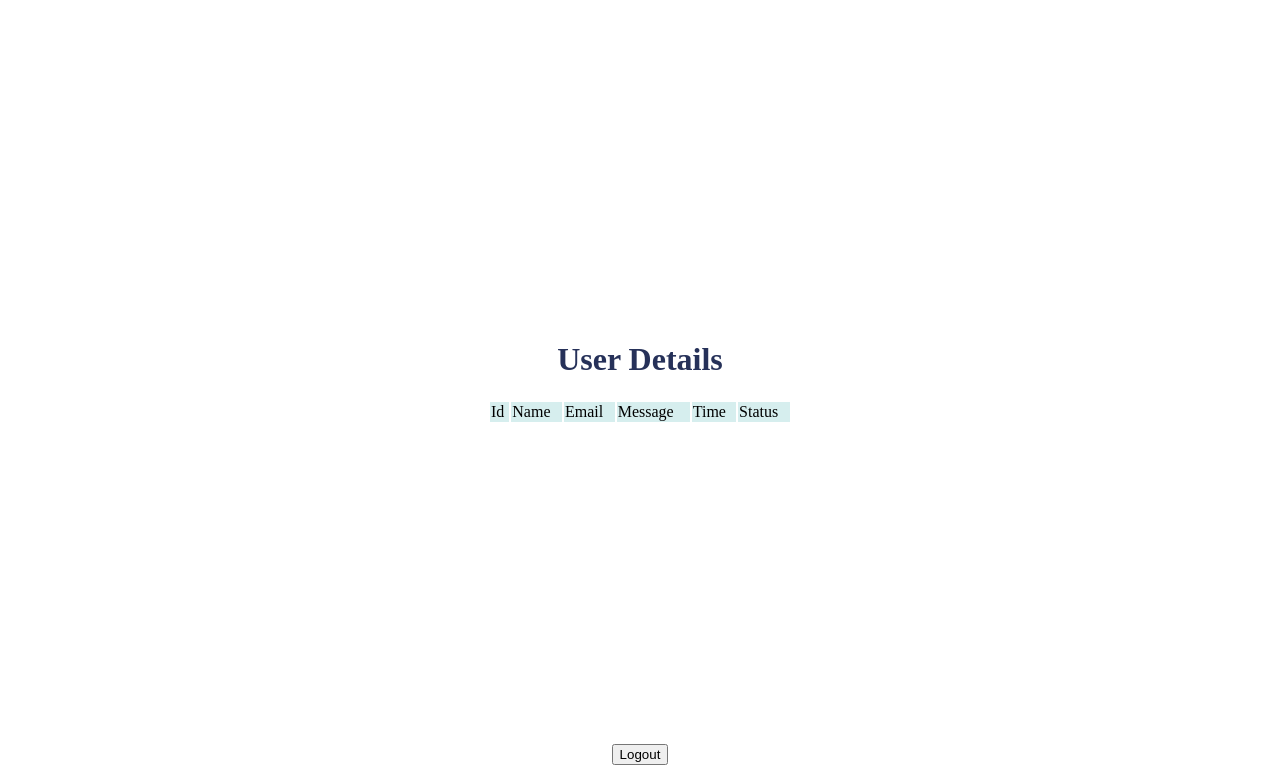
Repository: Shivamkr522/Contact_Us_Page
Page: http://localhost/ContactUs/dashboard
An editor plug-in stored every save of this project. The page is shown before and after the next save, followed by the edit.
The browser window is 1280 px wide. The pictures show the whole page.
The page is served by Tomcat 9. The session is filled in as if someone had signed in: {"admin": "testuser"}. Other server files are loaded and not shown. Queries for data that is not in the repository find no rows.

Above is the page before, as saved 2022-12-12 06:35:04.

### ContactUs/src/main/webapp/dashboard.jsp
<%@ page language="java" contentType="text/html; charset=UTF-8"
    pageEncoding="UTF-8"  import="java.util.*, com.contactus.Request"%>
<%@ taglib uri="http://java.sun.com/jsp/jstl/core" prefix="c"%>
<!DOCTYPE html>
<html>
<head>
<meta charset="UTF-8">
<title>User Dashboard</title>
<link rel="stylesheet" href="dashboard.css">
</head>
<body>
	<%
		response.setHeader("Cache-Control", "no-cache, no-store, must-revalidate");
		if(session.getAttribute("admin")==null){
			response.sendRedirect("login.jsp");
		}
		session.getAttribute("contactUsData");
	%>
	<div id="table-content">
		<h1>User Details</h1>
		<table>
		<thead>
			<tr>
				<td>Id</td>
				<td>Name</td>
				<td>Email</td>
				<td>Message</td>
				<td>Time</td>
				<td>Status</td>
			</tr>
		</thead>
		<tbody>
			<c:forEach var="sendData" items = "${contactUsData}"  >
				<tr>
					<td>${sendData.getId()}</td>
					<td>${sendData.getName()}</td>
					<td>${sendData.getEmail()}</td>
					<td>${sendData.getMessage()}</td>
					<td>${sendData.getTime()}</td>
					<td>${sendData.getStatus()}</td>
					<td><form action="dashboard" method="post">
            			<input type="hidden" name="id" value="${sendData.getId()}">
            			<button type="submit" name="status"value="${sendData.getStatus()}">${sendData.getStatus()}</button>
            			</form>
            		</td>
				</tr>
			</c:forEach>
		</tbody>
	</table>
	</div>
	<div id="logout">
		<form action="LogoutServlet">
			<button type="button">Logout</button>
		</form>
	</div>
</body>
</html>

### ContactUs/src/main/java/com/login/DashboardServlet.java
package com.login;
import java.io.IOException;
import java.util.*;

import javax.servlet.RequestDispatcher;
import javax.servlet.ServletException;
import javax.servlet.annotation.WebServlet;
import javax.servlet.http.HttpServlet;
import javax.servlet.http.HttpServletRequest;
import javax.servlet.http.HttpServletResponse;
import javax.servlet.http.HttpSession;

import com.contactus.RequestDAO;
import com.contactus.Request;
@WebServlet("/dashboard")
public class DashboardServlet extends HttpServlet{
	private static final long serialVersionUID = 1L;

	public void doGet(HttpServletRequest request, HttpServletResponse response) throws IOException, ServletException {
		List<Request> contactUsUserData = new ArrayList<>();
		contactUsUserData = RequestDAO.fetchData();
		HttpSession session=request.getSession();
        session.setAttribute("contactUsData",contactUsUserData);

        RequestDispatcher reqDis = request.getRequestDispatcher("dashboard.jsp");
		reqDis.forward(request, response);
	}
	public void doPost(HttpServletRequest request, HttpServletResponse response) throws ServletException, IOException {
        int id = Integer.parseInt(request.getParameter("id"));
        String status = request.getParameter("status");
        Request requestdata = new Request();
        requestdata.setStatus(status);
        requestdata.setId(id);
        RequestDAO requestDao = new RequestDAO();
        try {
            requestDao.changeStatus(requestdata);
        }
        catch (Exception e) {
            e.printStackTrace();
        }
        response.sendRedirect("dashboard");
	}
}

### ContactUs/src/main/java/com/contactus/RequestDAO.java
package com.contactus;

import java.sql.*;
import java.util.ArrayList;
import java.util.List;

public class RequestDAO {
	public static final String DATABASE = "ContactUsDB";
    public static final String HOST_NAME = "localhost";
    public static final String HOST = "5432";
    public static final String USER = "postgres";
    public static final String PASSWORD = "postgres";

	public void saveRequest(Request request) {
		try {
			Class.forName("org.postgresql.Driver");
			Connection con = DriverManager.getConnection("jdbc:postgresql://"+HOST_NAME+":"+HOST+"/"+DATABASE,USER,PASSWORD);
			String query = "Insert Into contactus(fullname, emailid, message, status) values(?,?,?,?)";
			PreparedStatement prep = con.prepareStatement(query);
			prep.setString(1, request.getName());
			prep.setString(2, request.getEmail());
			prep.setString(3, request.getMessage());
			prep.setString(4, "active");
			prep.executeQuery();
			con.close();
		} catch (Exception e) {
			e.printStackTrace();
		}
	}

	public static List<Request> fetchData() {
		List<Request> requestAllUserData = new ArrayList<Request>();
		try {
			Class.forName("org.postgresql.Driver");
			Connection con = DriverManager.getConnection("jdbc:postgresql://"+HOST_NAME+":"+HOST+"/"+DATABASE,USER,PASSWORD);
			String query ="Select * from contactus";
			Statement st =con.createStatement();
			ResultSet rt = st.executeQuery(query);

			while(rt.next()) {
				Request contain = new Request();
				int id=Integer.parseInt(rt.getString(1));
				contain.setId(id);
				contain.setName(rt.getString(2));
				contain.setEmail(rt.getString(3));
				contain.setMessage(rt.getString(4));
				contain.setTime(rt.getString(5));
				contain.setStatus(rt.getString(6));
				requestAllUserData.add(contain);
			}
			return requestAllUserData;
		}
		catch(Exception e){
			e.printStackTrace();
		}
		return null;
	}
	public void changeStatus(Request requestData) throws ClassNotFoundException, SQLException {
        int id = requestData.getId();
        String status = requestData.getStatus();
            if(status.equals("active")) {
            status="archive";
        }
        else {
            status="active";
        }
        String sql ="update contactus set status='"+status+"' where id="+id+";";
        Class.forName("org.postgresql.Driver");
        Connection con= DriverManager.getConnection("jdbc:postgresql://"+HOST_NAME+":"+HOST+"/"+DATABASE,USER,PASSWORD);
        Statement st=con.createStatement();
         st.executeQuery(sql);
    }
}

### ContactUs/src/main/webapp/dashboard.css
@charset "UTF-8";


thead{
	background-color: #D6EEEE;
}

tr {
	border-bottom: 1px solid #ddd;
}

tr:hover{
	background-color: #D6EEEE;
}

h1{
	text-align: center;
	color: #263159;
}

button:hover{
	background-color: #D6EEEE;
}

#table-content{
	display: flex;
	flex-direction: column;
	margin: 20rem 30rem;
}

#logout{
	text-align: center;
}

After the next save:
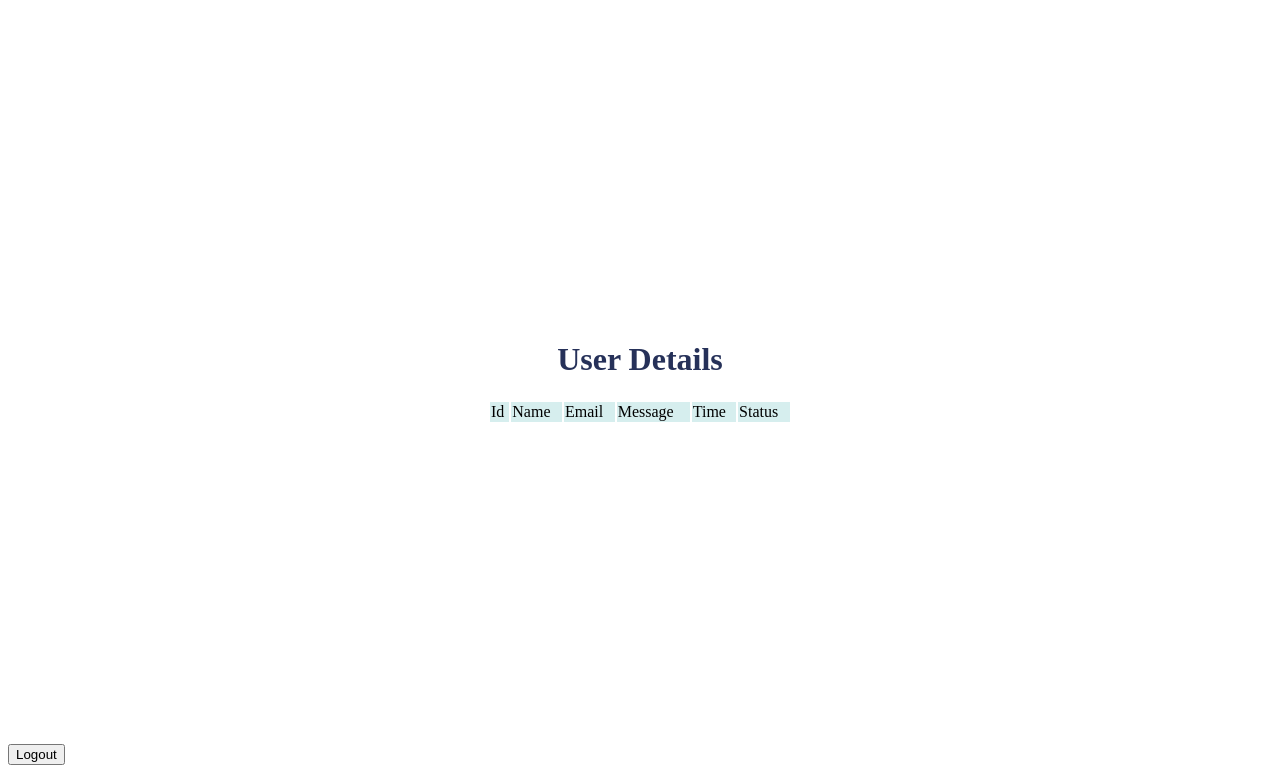
Saved 22 s later.
--- a/ContactUs/src/main/webapp/dashboard.css
+++ b/ContactUs/src/main/webapp/dashboard.css
@@ -29,5 +29,6 @@
 }
 
 #logout{
-	text-align: center;
+	display: flex;
+	flex-direction: column;
 }

After the save that followed:
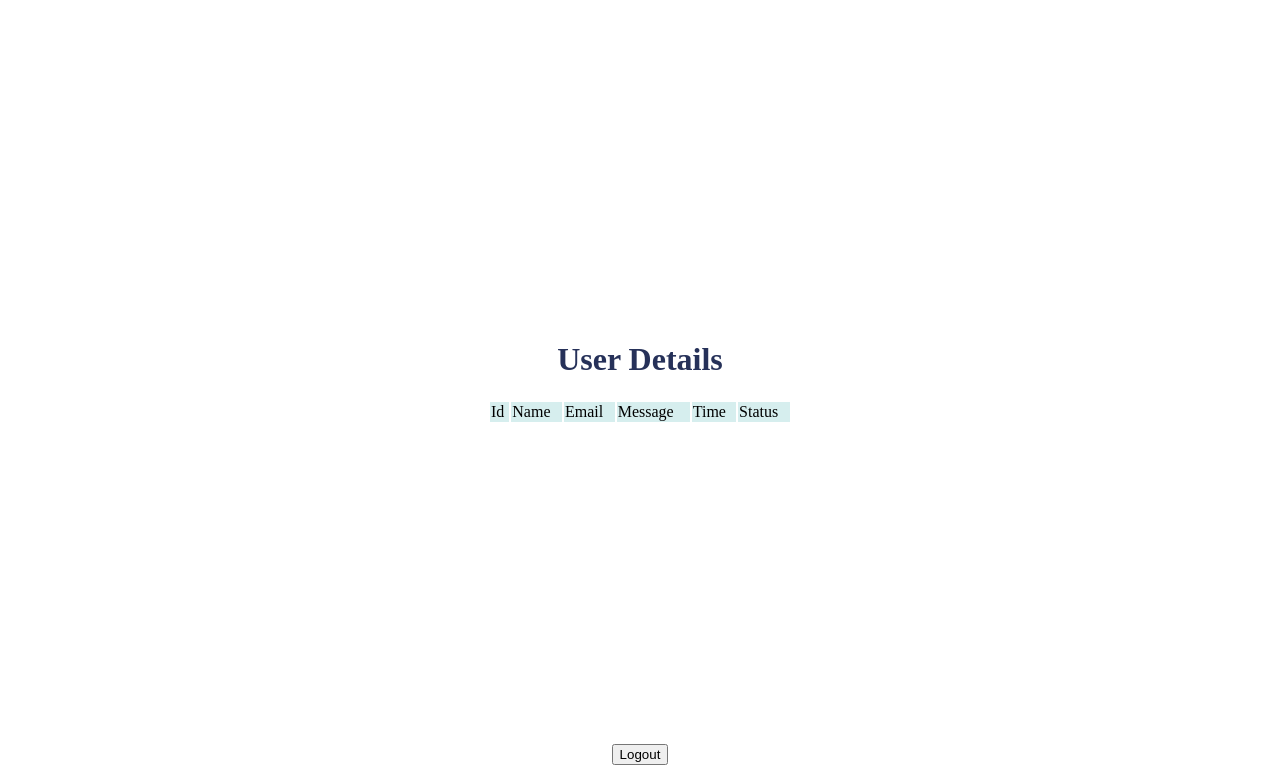
Saved 22 s later.
--- a/ContactUs/src/main/webapp/dashboard.css
+++ b/ContactUs/src/main/webapp/dashboard.css
@@ -31,4 +31,5 @@
 #logout{
 	display: flex;
 	flex-direction: column;
+	text-align: center;
 }
